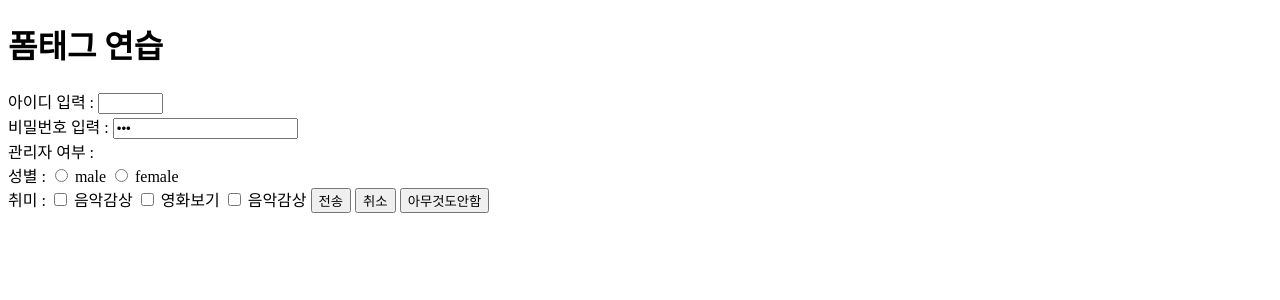
Repository: younseochoi/AI_PLATFORM
Page: my_code/03_web/html/src/main/webapp/formtag1.html
These files come from the project's save history. The page is drawn as it stood at one moment and after the next save; the edit follows.
The browser window is 1280 px wide. The pictures show the whole page.

Above is the page before, as saved 2022-07-22 02:27:20.

### my_code/03_web/html/src/main/webapp/formtag1.html
<!DOCTYPE html>
<html>
<head>
<meta charset="UTF-8">
<title>Insert title here</title>
</head>
<body>
<h1>폼태그 연습 </h1>
<form action="a.jsp">
	아이디 입력 : <input type = 'text' name="id" size='5' maxlength='3'><br>
	비밀번호 입력 : <input type = 'password' name='pw' value='기본값'> <br>
	관리자 여부 : <input type='hidden' name="admin" value= true> <br>
	성별 : <input type='radio' name="gender" value= "남자"> male
			<input type='radio' name="gender" value= "여자"> female<br>
	취미 : <input type ='checkbox' name="hobby" value = "music"> 음악감상
			<input type ='checkbox' name="hobby" value = "movie"> 영화보기
			<input type ='checkbox' name="hobby" value = "music"> 음악감상
	<input type = 'submit' value= "전송"> <!-- 버튼, 기능내장, action 속성파일로 전송기능 -->
	<input type = 'reset' value ="취소"> <!-- 버튼, 기능내장, 입력내용 지우고 현재 파일에 머물러있음. -->
	<input type= 'button' value="아무것도안함"> <!-- 버튼, 기능내장 x ,기능 사용자 정의 (자바스크립트) -->

</form>
<!-- 키보드 입력하면 입력내용을 id 변수에 저장해 a.jsp 파일로 전송 -->
</body>
</html>

After the next save:
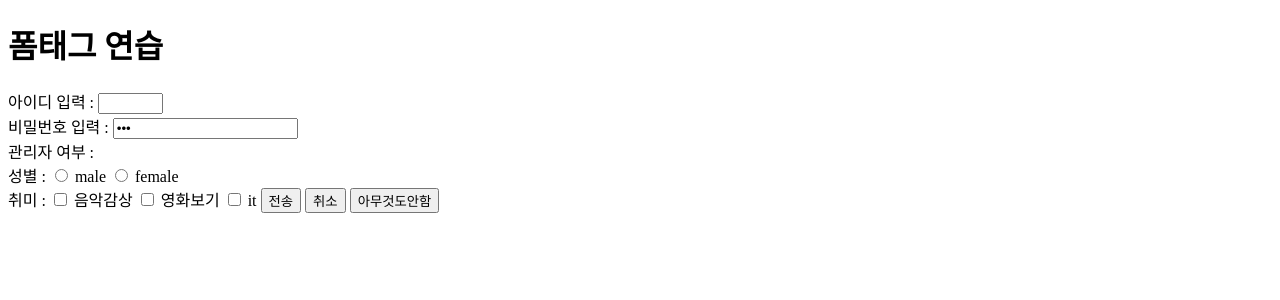
Saved 20 s later.
--- a/my_code/03_web/html/src/main/webapp/formtag1.html
+++ b/my_code/03_web/html/src/main/webapp/formtag1.html
@@ -14,7 +14,7 @@
 			<input type='radio' name="gender" value= "여자"> female<br>
 	취미 : <input type ='checkbox' name="hobby" value = "music"> 음악감상
 			<input type ='checkbox' name="hobby" value = "movie"> 영화보기
-			<input type ='checkbox' name="hobby" value = "music"> 음악감상
+			<input type ='checkbox' name="hobby" value = "it"> it
 	<input type = 'submit' value= "전송"> <!-- 버튼, 기능내장, action 속성파일로 전송기능 -->
 	<input type = 'reset' value ="취소"> <!-- 버튼, 기능내장, 입력내용 지우고 현재 파일에 머물러있음. -->
 	<input type= 'button' value="아무것도안함"> <!-- 버튼, 기능내장 x ,기능 사용자 정의 (자바스크립트) -->
